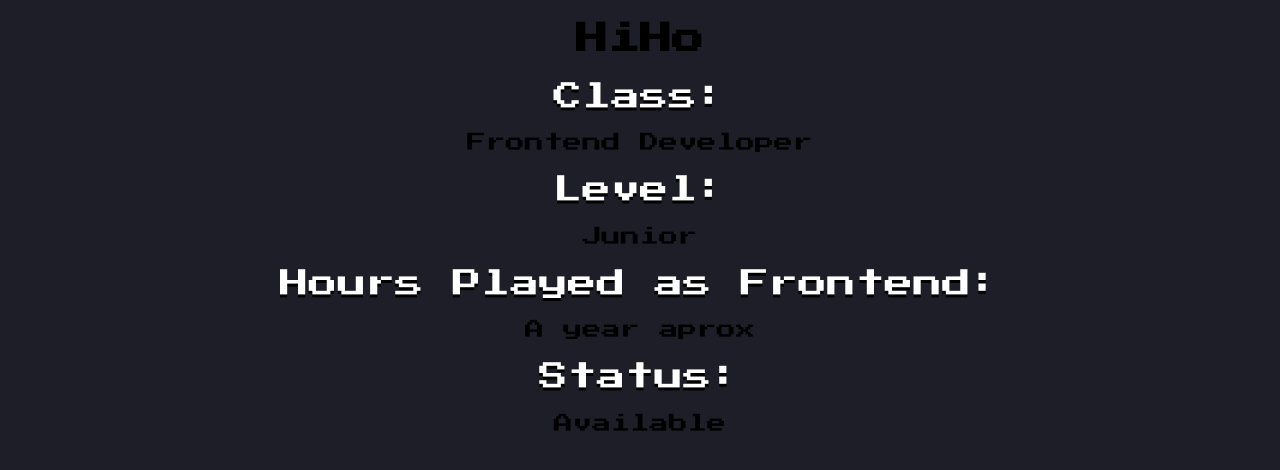
Repository: sernalab/soon
Page: index.html
The author's editor kept a copy of each file at every save. The page is drawn from the files as they stood at one save, then again after the next save.
The browser window is 1280 px wide. The pictures show the whole page.
Some web fonts or font styles are not loaded; a fallback is used.

Above is the page before, as saved 2018-12-24 00:50:25.

### index.html
<!DOCTYPE html>
<html lang="en">

<head>
    <meta charset="UTF-8">
    <meta name="viewport" content="width=device-width, initial-scale=1.0">
    <meta http-equiv="X-UA-Compatible" content="ie=edge">
    <title>Lulz</title>
    <link rel="stylesheet" href="css/styles.css">
    <link href="https://fonts.googleapis.com/css?family=Aldrich" rel="stylesheet">
    <link href="https://fonts.googleapis.com/css?family=Press+Start+2P" rel="stylesheet">

</head>

<body>
    <main>
        <h1>HiHo</h1>
        <span>Class:</span>
        <p> Frontend Developer</p>
        <span>Level:</span>
        <p>Junior</p>
        <span>Hours Played as Frontend:</span>
        <p>A year aprox</p>
        <span>Status:</span>
        <p>Available</p>
    </main>
</body>

<script>
    // google analitycs
</script>

</html>

### css/styles.css
/*! normalize.css v8.0.1 | MIT License | github.com/necolas/normalize.css */


/* Document
   ========================================================================== */


/**
 * 1. Correct the line height in all browsers.
 * 2. Prevent adjustments of font size after orientation changes in iOS.
 */

html {
    line-height: 1.15;
    /* 1 */
    -webkit-text-size-adjust: 100%;
    /* 2 */
}


/* Sections
   ========================================================================== */


/**
 * Remove the margin in all browsers.
 */

body {
    margin: 0;
}


/**
 * Render the `main` element consistently in IE.
 */

main {
    display: block;
}


/**
 * Correct the font size and margin on `h1` elements within `section` and
 * `article` contexts in Chrome, Firefox, and Safari.
 */

h1 {
    font-size: 2em;
    margin: 0.67em 0;
}


/* Grouping content
   ========================================================================== */


/**
 * 1. Add the correct box sizing in Firefox.
 * 2. Show the overflow in Edge and IE.
 */

hr {
    box-sizing: content-box;
    /* 1 */
    height: 0;
    /* 1 */
    overflow: visible;
    /* 2 */
}


/**
 * 1. Correct the inheritance and scaling of font size in all browsers.
 * 2. Correct the odd `em` font sizing in all browsers.
 */

pre {
    font-family: monospace, monospace;
    /* 1 */
    font-size: 1em;
    /* 2 */
}


/* Text-level semantics
   ========================================================================== */


/**
 * Remove the gray background on active links in IE 10.
 */

a {
    background-color: transparent;
}


/**
 * 1. Remove the bottom border in Chrome 57-
 * 2. Add the correct text decoration in Chrome, Edge, IE, Opera, and Safari.
 */

abbr[title] {
    border-bottom: none;
    /* 1 */
    text-decoration: underline;
    /* 2 */
    text-decoration: underline dotted;
    /* 2 */
}


/**
 * Add the correct font weight in Chrome, Edge, and Safari.
 */

b,
strong {
    font-weight: bolder;
}


/**
 * 1. Correct the inheritance and scaling of font size in all browsers.
 * 2. Correct the odd `em` font sizing in all browsers.
 */

code,
kbd,
samp {
    font-family: monospace, monospace;
    /* 1 */
    font-size: 1em;
    /* 2 */
}


/**
 * Add the correct font size in all browsers.
 */

small {
    font-size: 80%;
}


/**
 * Prevent `sub` and `sup` elements from affecting the line height in
 * all browsers.
 */

sub,
sup {
    font-size: 75%;
    line-height: 0;
    position: relative;
    vertical-align: baseline;
}

sub {
    bottom: -0.25em;
}

sup {
    top: -0.5em;
}


/* Embedded content
   ========================================================================== */


/**
 * Remove the border on images inside links in IE 10.
 */

img {
    border-style: none;
}


/* Forms
   ========================================================================== */


/**
 * 1. Change the font styles in all browsers.
 * 2. Remove the margin in Firefox and Safari.
 */

button,
input,
optgroup,
select,
textarea {
    font-family: inherit;
    /* 1 */
    font-size: 100%;
    /* 1 */
    line-height: 1.15;
    /* 1 */
    margin: 0;
    /* 2 */
}


/**
 * Show the overflow in IE.
 * 1. Show the overflow in Edge.
 */

button,
input {
    /* 1 */
    overflow: visible;
}


/**
 * Remove the inheritance of text transform in Edge, Firefox, and IE.
 * 1. Remove the inheritance of text transform in Firefox.
 */

button,
select {
    /* 1 */
    text-transform: none;
}


/**
 * Correct the inability to style clickable types in iOS and Safari.
 */

button,
[type="button"],
[type="reset"],
[type="submit"] {
    -webkit-appearance: button;
}


/**
 * Remove the inner border and padding in Firefox.
 */

button::-moz-focus-inner,
[type="button"]::-moz-focus-inner,
[type="reset"]::-moz-focus-inner,
[type="submit"]::-moz-focus-inner {
    border-style: none;
    padding: 0;
}


/**
 * Restore the focus styles unset by the previous rule.
 */

button:-moz-focusring,
[type="button"]:-moz-focusring,
[type="reset"]:-moz-focusring,
[type="submit"]:-moz-focusring {
    outline: 1px dotted ButtonText;
}


/**
 * Correct the padding in Firefox.
 */

fieldset {
    padding: 0.35em 0.75em 0.625em;
}


/**
 * 1. Correct the text wrapping in Edge and IE.
 * 2. Correct the color inheritance from `fieldset` elements in IE.
 * 3. Remove the padding so developers are not caught out when they zero out
 *    `fieldset` elements in all browsers.
 */

legend {
    box-sizing: border-box;
    /* 1 */
    color: inherit;
    /* 2 */
    display: table;
    /* 1 */
    max-width: 100%;
    /* 1 */
    padding: 0;
    /* 3 */
    white-space: normal;
    /* 1 */
}


/**
 * Add the correct vertical alignment in Chrome, Firefox, and Opera.
 */

progress {
    vertical-align: baseline;
}


/**
 * Remove the default vertical scrollbar in IE 10+.
 */

textarea {
    overflow: auto;
}


/**
 * 1. Add the correct box sizing in IE 10.
 * 2. Remove the padding in IE 10.
 */

[type="checkbox"],
[type="radio"] {
    box-sizing: border-box;
    /* 1 */
    padding: 0;
    /* 2 */
}


/**
 * Correct the cursor style of increment and decrement buttons in Chrome.
 */

[type="number"]::-webkit-inner-spin-button,
[type="number"]::-webkit-outer-spin-button {
    height: auto;
}


/**
 * 1. Correct the odd appearance in Chrome and Safari.
 * 2. Correct the outline style in Safari.
 */

[type="search"] {
    -webkit-appearance: textfield;
    /* 1 */
    outline-offset: -2px;
    /* 2 */
}


/**
 * Remove the inner padding in Chrome and Safari on macOS.
 */

[type="search"]::-webkit-search-decoration {
    -webkit-appearance: none;
}


/**
 * 1. Correct the inability to style clickable types in iOS and Safari.
 * 2. Change font properties to `inherit` in Safari.
 */

::-webkit-file-upload-button {
    -webkit-appearance: button;
    /* 1 */
    font: inherit;
    /* 2 */
}


/* Interactive
   ========================================================================== */


/*
 * Add the correct display in Edge, IE 10+, and Firefox.
 */

details {
    display: block;
}


/*
 * Add the correct display in all browsers.
 */

summary {
    display: list-item;
}


/* Misc
   ========================================================================== */


/**
 * Add the correct display in IE 10+.
 */

template {
    display: none;
}


/**
 * Add the correct display in IE 10.
 */

[hidden] {
    display: none;
}


/* custom css */

body {
    background: rgb(30, 30, 40);
    font-family: 'Press Start 2P';
    background-repeat: repeat;
}

main {
    display: flex;
    flex-direction: column;
    justify-content: baseline;
    align-items: center;
}

span {
    color: white;
    font-size: 1.8em;
    text-shadow: 0 .1em 0 #000;
}

p {
    font-size: 1.2em
}

After the next save:
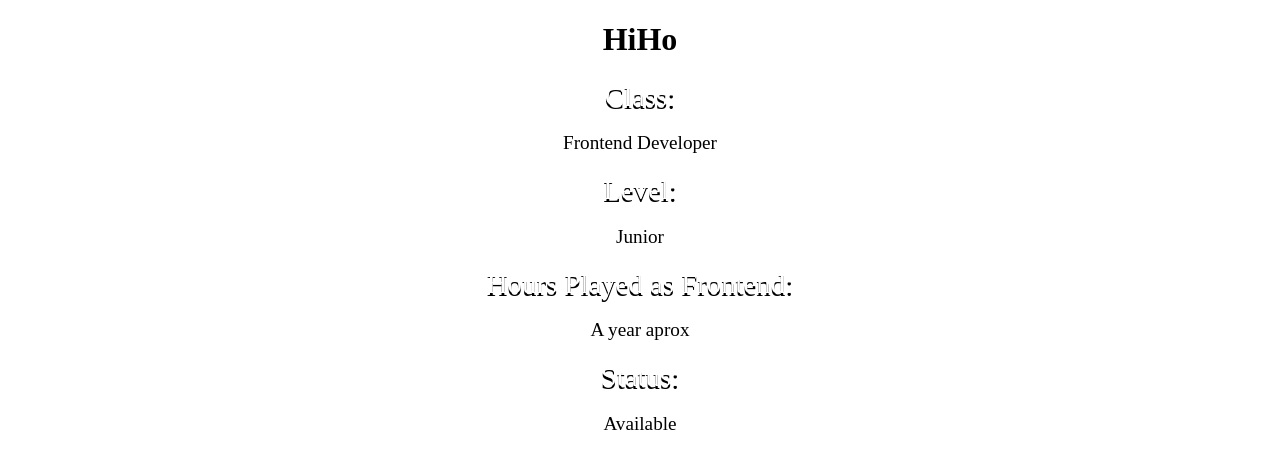
Saved 18 min 18 s later.
--- a/css/styles.css
+++ b/css/styles.css
@@ -422,8 +422,7 @@ template {
 /* custom css */
 
 body {
-    background: rgb(30, 30, 40);
-    font-family: 'Press Start 2P';
+    background-image: linear-gradien(black, white) font-family: 'Press Start 2P';
     background-repeat: repeat;
 }
 
